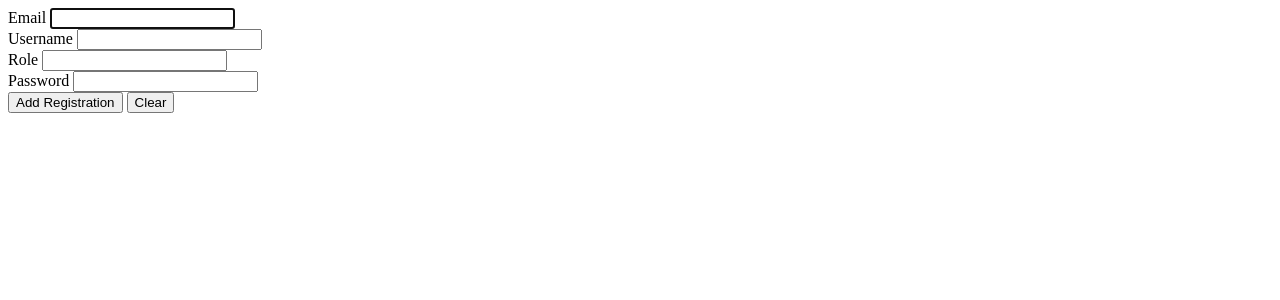
Repository: Minisandu/E-commerce-System
Page: http://localhost/paf_project/addRegistration
An editor plug-in stored every save of this project. The page is shown before and after the next save, followed by the edit.
The browser window is 1280 px wide. The pictures show the whole page.
The page is served by Tomcat 9.

Above is the page before, as saved 2019-05-19 16:48:26.

After the next save:
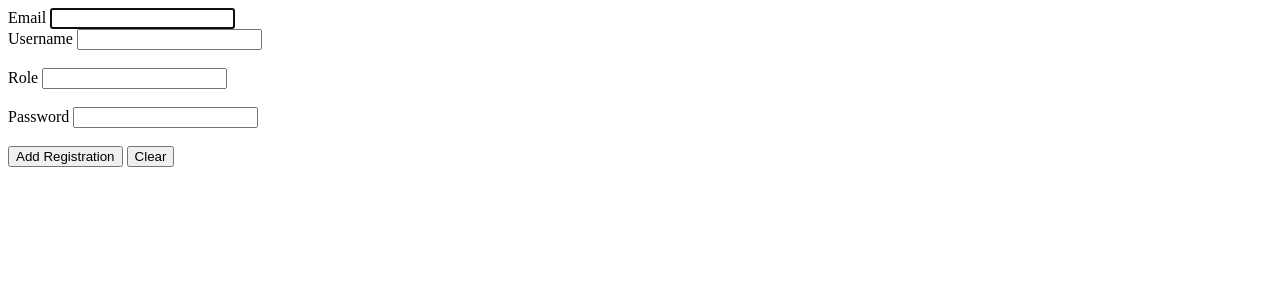
Saved 37 s later.
--- a/paf_project/paf_project/src/main/webapp/WEB-INF/views/addRegistration.jsp
+++ b/paf_project/paf_project/src/main/webapp/WEB-INF/views/addRegistration.jsp
@@ -21,17 +21,19 @@
 			Username
 			<form:input type="text" path="username" class="form-control"
 				name="username" required="required" autofocus="autofocus" />
-				<br>
+				<br><br>
 
 			Role
 			<form:input type="text" path="role" class="form-control"
 				name="role" required="required" autofocus="autofocus" />
-				<br>
+					<br><br>
+
 
 			Password
 			<form:input type="text" path="password" class="form-control"
 				name="password" required="required" autofocus="autofocus" />
-				<br>
+					<br><br>
+
 
 
 			<button type="submit">Add Registration</button>
